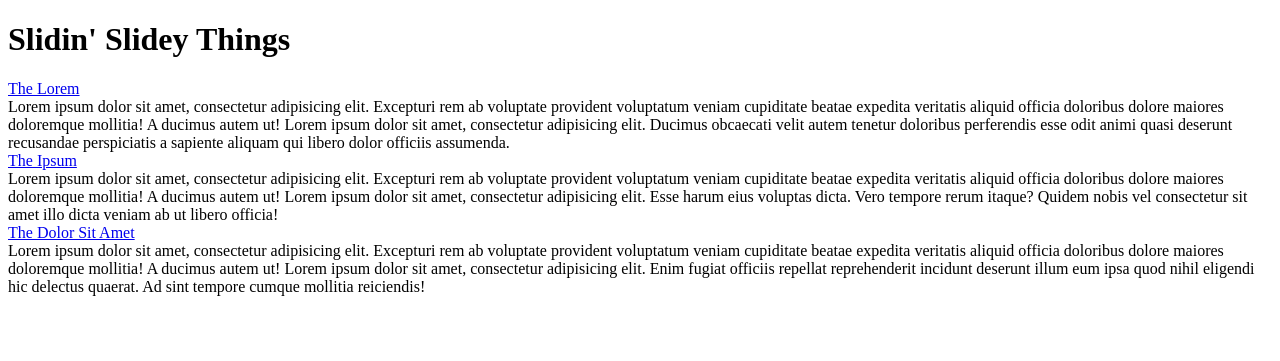
Repository: beroge/javascript
Page: slide.html
The author's editor kept a copy of each file at every save. The page is drawn from the files as they stood at one save, then again after a run of saves.
The browser window is 1280 px wide. The pictures show the whole page.
Some web libraries are served in a nearby version.

Above is the page before, as saved 2023-07-23 21:12:58.

### slide.html
<!DOCTYPE html>
<html lang="en">
<head>
  <meta charset="UTF-8">
  <meta name="viewport" content="width=device-width, initial-scale=1.0">
  <script src="https://cdnjs.cloudflare.com/ajax/libs/jquery/2.1.3/jquery.min.js" integrity="sha512-egJ/Y+22P9NQ9aIyVCh0VCOsfydyn8eNmqBy+y2CnJG+fpRIxXMS6jbWP8tVKp0jp+NO5n8WtMUAnNnGoJKi4w==" crossorigin="anonymous" referrerpolicy="no-referrer"></script>
  <script type="text/javascript" src="slide.js"></script>

  <title>Document</title>
</head>
<body>
  <div class="container">
    <h1>Slidin' Slidey Things</h1>
    <div class="slides">
      <div class="slide">
        <a href="#">The Lorem</a>
        <div class="content">
          Lorem ipsum dolor sit amet, consectetur adipisicing elit. Excepturi rem ab voluptate provident voluptatum veniam cupiditate beatae expedita veritatis aliquid officia doloribus dolore maiores doloremque mollitia! A ducimus autem ut!
          Lorem ipsum dolor sit amet, consectetur adipisicing elit. Ducimus obcaecati velit autem tenetur doloribus perferendis esse odit animi quasi deserunt recusandae perspiciatis a sapiente aliquam qui libero dolor officiis assumenda.
        </div>
      </div>

      <div class="slide">
        <a href="#">The Ipsum</a>
        <div class="content">
          Lorem ipsum dolor sit amet, consectetur adipisicing elit. Excepturi rem ab voluptate provident voluptatum veniam cupiditate beatae expedita veritatis aliquid officia doloribus dolore maiores doloremque mollitia! A ducimus autem ut!
          Lorem ipsum dolor sit amet, consectetur adipisicing elit. Esse harum eius voluptas dicta. Vero tempore rerum itaque? Quidem nobis vel consectetur sit amet illo dicta veniam ab ut libero officia!
        </div>
      </div>

      <div class="slide">
        <a href="#">The Dolor Sit Amet</a>
        <div class="content">
          Lorem ipsum dolor sit amet, consectetur adipisicing elit. Excepturi rem ab voluptate provident voluptatum veniam cupiditate beatae expedita veritatis aliquid officia doloribus dolore maiores doloremque mollitia! A ducimus autem ut!
          Lorem ipsum dolor sit amet, consectetur adipisicing elit. Enim fugiat officiis repellat reprehenderit incidunt deserunt illum eum ipsa quod nihil eligendi hic delectus quaerat. Ad sint tempore cumque mollitia reiciendis!
        </div>
      </div>
    </div>
  </div>
</body>
</html>

### slide.js
$('.slide a').click(function () {
    $('.slide.active').removeClass('active');
    $(this).closest('.slide').addClass('active');
    return false;
  });

After the next 7 saves:
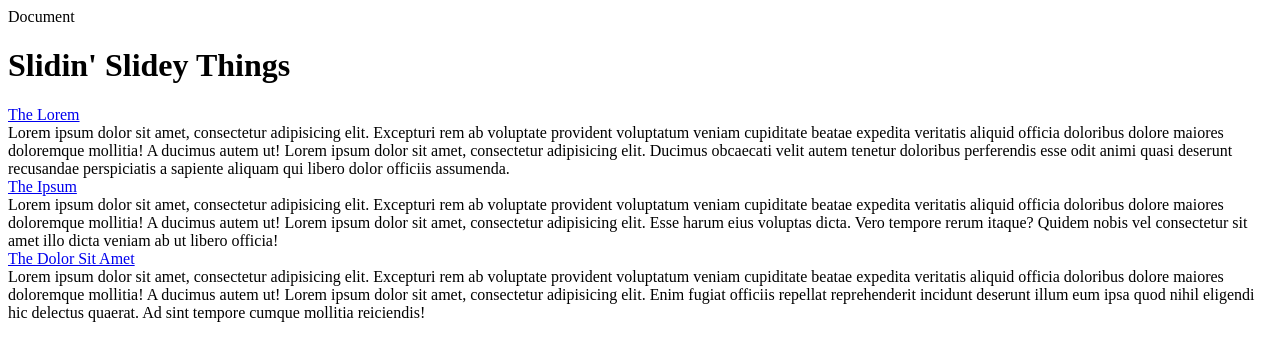
The 7 saves are shown as one change because they came seconds apart.
The last was saved 53 s later.
--- a/slide.html
+++ b/slide.html
@@ -5,7 +5,7 @@
   <meta name="viewport" content="width=device-width, initial-scale=1.0">
   <script src="https://cdnjs.cloudflare.com/ajax/libs/jquery/2.1.3/jquery.min.js" integrity="sha512-egJ/Y+22P9NQ9aIyVCh0VCOsfydyn8eNmqBy+y2CnJG+fpRIxXMS6jbWP8tVKp0jp+NO5n8WtMUAnNnGoJKi4w==" crossorigin="anonymous" referrerpolicy="no-referrer"></script>
   <script type="text/javascript" src="slide.js"></script>
-
+  <link
   <title>Document</title>
 </head>
 <body>
